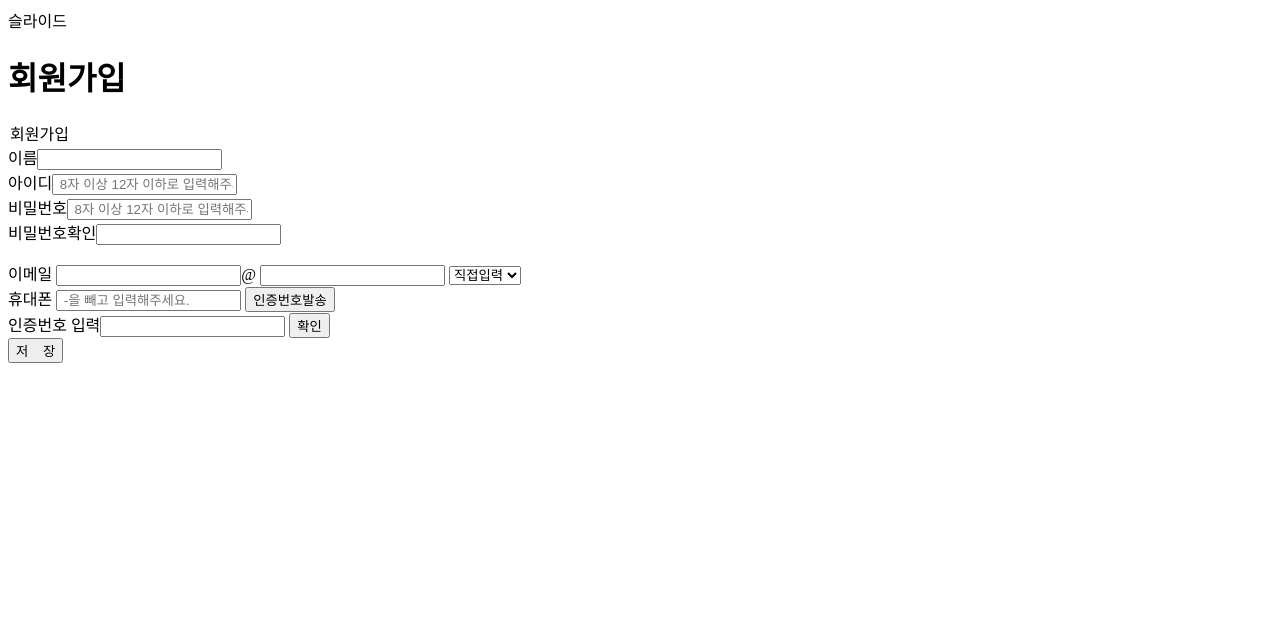
Repository: ginnykh/-
Page: http://localhost/Springkhj/WEB-INF/views/filmlog/memberindex.jsp
These files come from the project's save history. The page is drawn as it stood at one moment and after the next save; the edit follows.
The browser window is 1280 px wide. The pictures show the whole page.
The page is served by Tomcat 9. Nobody is signed in. The template is opened directly, without the code that normally fills it, so the values that code supplies are empty.

Above is the page before, as saved 2022-01-03 07:13:14.

After the next save:
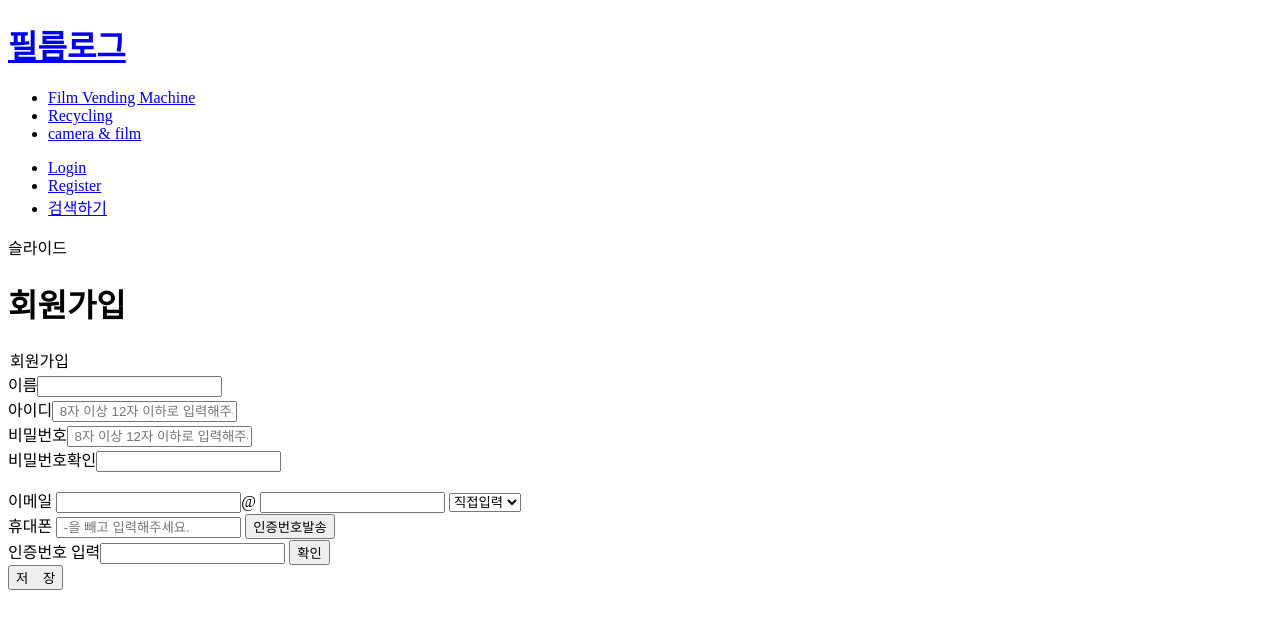
Saved 92 s later.
--- a/KHJ/Springkhj/src/main/webapp/WEB-INF/views/filmlog/memberindex.jsp
+++ b/KHJ/Springkhj/src/main/webapp/WEB-INF/views/filmlog/memberindex.jsp
@@ -1,5 +1,6 @@
 <%@ page language="java" contentType="text/html; charset=EUC-KR"
     pageEncoding="UTF-8"%>
+<%@ include file="header.jsp" %>
 <!DOCTYPE html>
 <html>
 <head>
